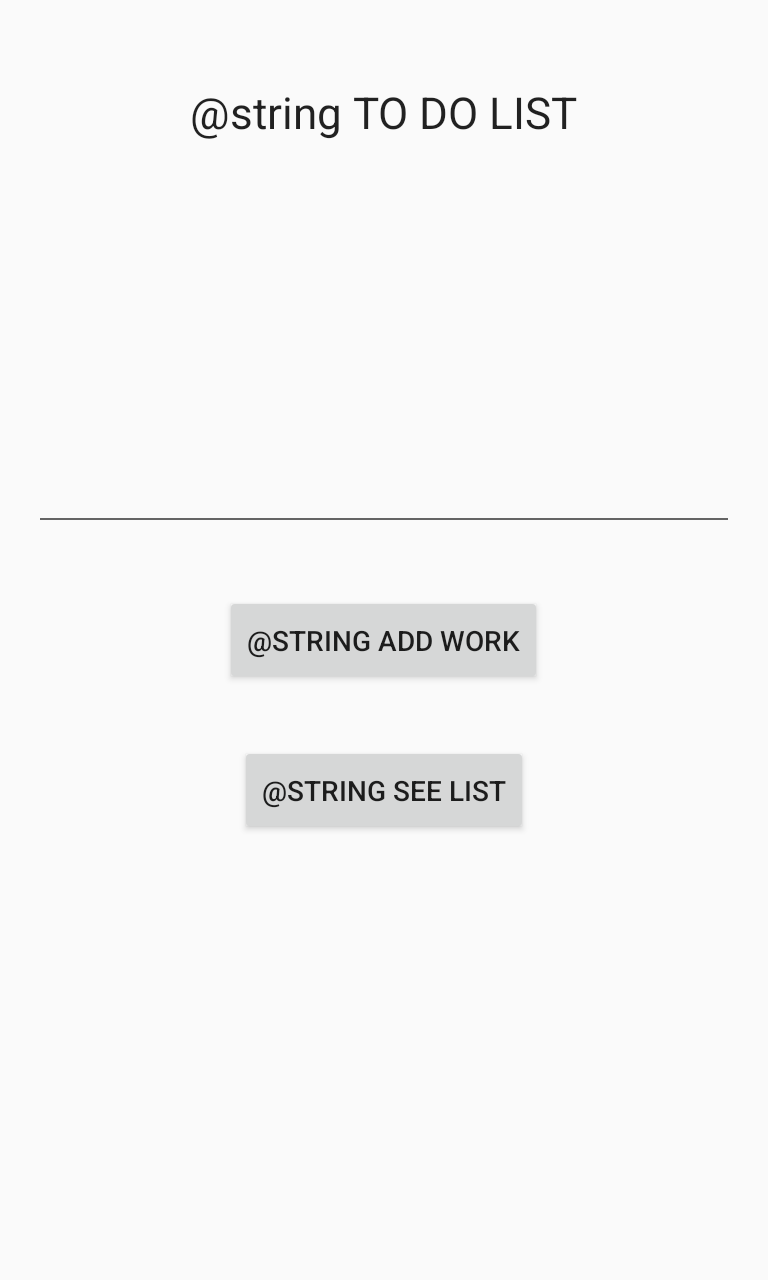
Repository: KibaD/HILLIQUINDOUMBIA
Layout: workspace/Todo_List/res/layout/activity_main.xml
An editor plug-in stored every save of this project. The layout is shown before and after the next save, followed by the edit.
It is drawn on a 768 x 1280 px phone screen (xhdpi) without system bars, with theme AppTheme; the app's code is not run.

Above is the layout before, as saved 2015-01-05 02:36:05.

### workspace/Todo_List/res/layout/activity_main.xml
<RelativeLayout xmlns:android="http://schemas.android.com/apk/res/android"
    xmlns:tools="http://schemas.android.com/tools"
    android:layout_width="match_parent"
    android:layout_height="match_parent"
    android:paddingBottom="@dimen/activity_vertical_margin"
    android:paddingLeft="@dimen/activity_horizontal_margin"
    android:paddingRight="@dimen/activity_horizontal_margin"
    android:paddingTop="@dimen/activity_vertical_margin"
    tools:context=".MainActivity" >

    <TextView
        android:id="@+id/textView1"
        android:layout_width="wrap_content"
        android:layout_height="wrap_content"
        android:layout_alignParentTop="true"
        android:layout_centerHorizontal="true"
        android:layout_marginTop="25dp"
        android:text="@string TO DO LIST"
        android:textAppearance="?android:attr/textAppearanceLarge" />

    <Button
        android:id="@+id/button1"
        android:layout_width="wrap_content"
        android:layout_height="wrap_content"
        android:layout_centerHorizontal="true"
        android:layout_centerVertical="true"
        android:text="@string ADD WORK" />

    <EditText
        android:id="@+id/editText1"
        android:layout_width="fill_parent"
        android:layout_height="wrap_content"
        android:layout_above="@+id/button1"
        android:layout_centerHorizontal="true"
        android:layout_marginBottom="28dp"
        android:ems="10" android:inputType="text"/>

    <Button
        android:id="@+id/button2"
        android:layout_width="wrap_content"
        android:layout_height="wrap_content"
        android:layout_below="@+id/button1"
        android:layout_centerHorizontal="true"
        android:layout_marginTop="27dp"
        android:text="@string See List" />

</RelativeLayout>

Loaded but not shown: workspace/Todo_List/res/values/styles.xml (common file); workspace/Todo_List/res/values-v11/styles.xml (common file); workspace/Todo_List/res/values-v14/styles.xml (common file); workspace/Todo_List/res/values/dimens.xml (common file); workspace/Todo_List/res/values-w820dp/dimens.xml (common file)

After the next save:
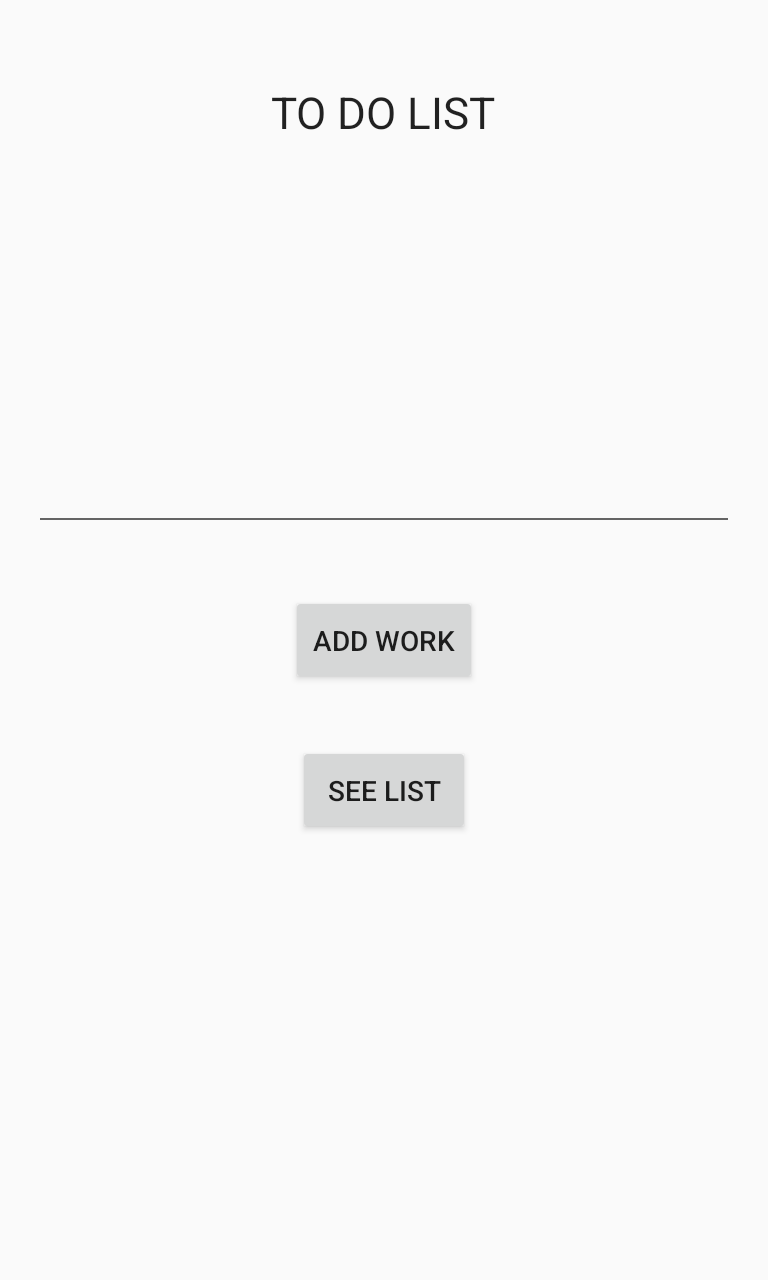
Saved 68 s later.
--- a/workspace/Todo_List/res/layout/activity_main.xml
+++ b/workspace/Todo_List/res/layout/activity_main.xml
@@ -15,7 +15,7 @@
         android:layout_alignParentTop="true"
         android:layout_centerHorizontal="true"
         android:layout_marginTop="25dp"
-        android:text="@string TO DO LIST"
+        android:text="TO DO LIST"
         android:textAppearance="?android:attr/textAppearanceLarge" />
 
     <Button
@@ -24,7 +24,7 @@
         android:layout_height="wrap_content"
         android:layout_centerHorizontal="true"
         android:layout_centerVertical="true"
-        android:text="@string ADD WORK" />
+        android:text="ADD WORK" />
 
     <EditText
         android:id="@+id/editText1"
@@ -33,7 +33,7 @@
         android:layout_above="@+id/button1"
         android:layout_centerHorizontal="true"
         android:layout_marginBottom="28dp"
-        android:ems="10" android:inputType="text"/>
+        android:ems="10" />
 
     <Button
         android:id="@+id/button2"
@@ -42,6 +42,6 @@
         android:layout_below="@+id/button1"
         android:layout_centerHorizontal="true"
         android:layout_marginTop="27dp"
-        android:text="@string See List" />
+        android:text="See List" />
 
 </RelativeLayout>
